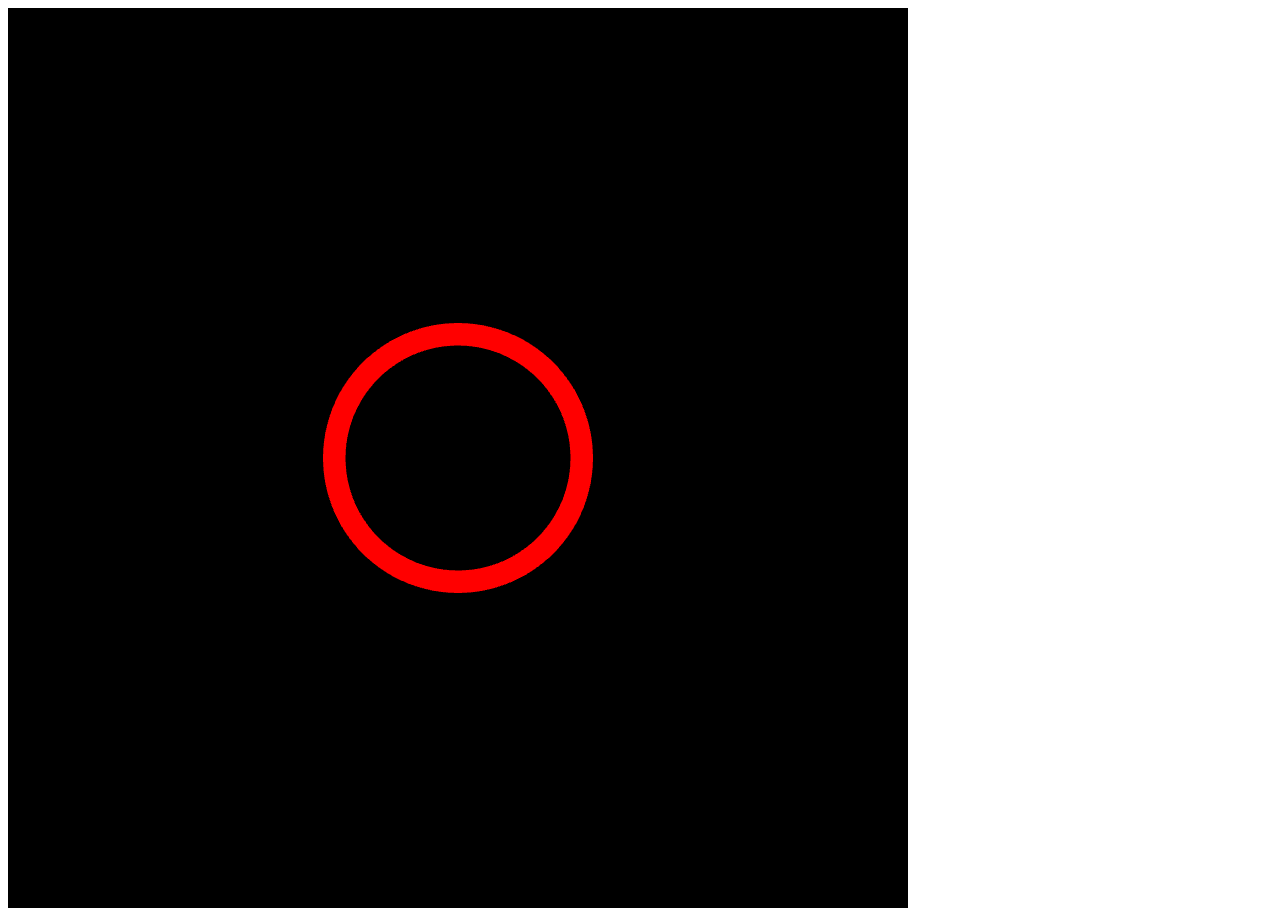
Repository: ChristeZeng/ComputerGraphics
Page: Lab2/Test.html
These files come from the project's save history. The page is drawn as it stood at one moment and after the next save; the edit follows.
The browser window is 1280 px wide. The pictures show the whole page.

Above is the page before, as saved 2021-10-02 17:19:14.

After the next save:
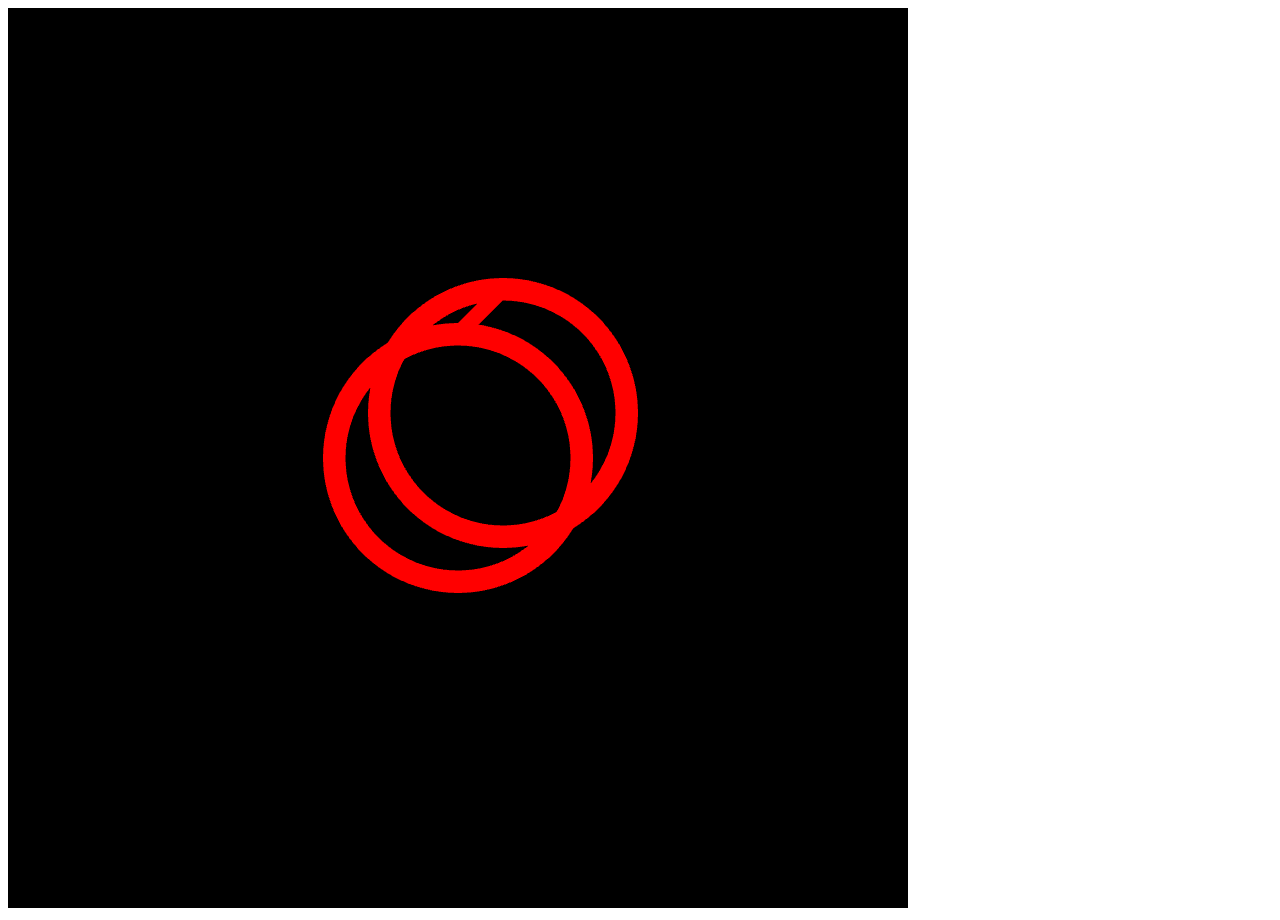
Saved 88 s later.
--- a/Lab2/Test.js
+++ b/Lab2/Test.js
@@ -92,6 +92,17 @@
         vertices.push(x_outter, y_outter);
     }
 
+    for (var i = 0; i <= N; i++)
+    {
+        var theta = i * 2 * Math.PI / N;
+        var x_inner = 0.1 + r_inner * Math.sin(theta);
+        var y_inner = 0.1 + r_inner * Math.cos(theta);
+        var x_outter = 0.1 + r_outter * Math.sin(theta);
+        var y_outter = 0.1 + r_outter * Math.cos(theta);
+        vertices.push(x_inner, y_inner);
+        vertices.push(x_outter, y_outter);
+    }
+
     //创建缓冲区对象
     const positionBuffer = gl.createBuffer();
     //将缓冲区对象绑定到目标
